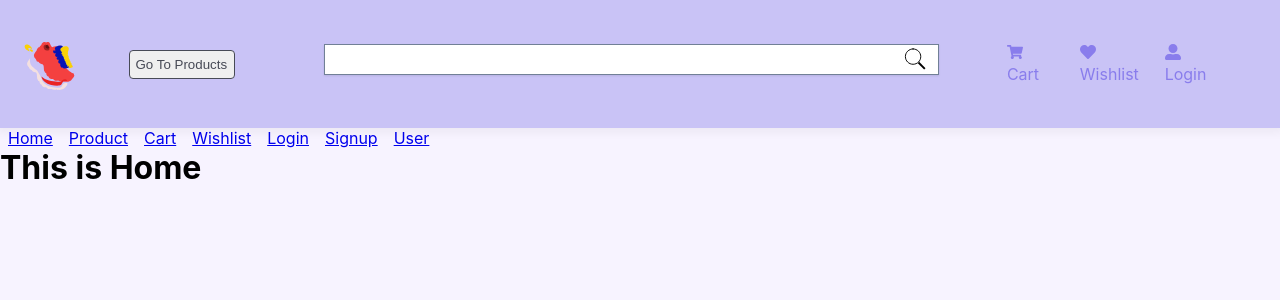
Repository: Irfan-vit/shoecase
Page: /
These files come from the project's save history. The page is drawn as it stood at one moment and after the next save; the edit follows.
The browser window is 1280 px wide. The pictures show the whole page.
The page's requests for data from a server got no answer. The project was rebuilt for these pictures with package versions that can differ from the ones it lists, and the page was loaded fresh each time. No one was signed in, and anything a server would have sent is missing. Also part of the build but not shown: src/pages/Product/ProductPage.jsx, src/pages/cart/CartPage.jsx, src/pages/wishlist/WishlistPage.jsx, src/pages/login/LoginPage.jsx, src/pages/signup/SignupPage.jsx, src/pages/user/StyledUser.jsx, src/components/forms/addAddress/AddAddress.jsx, src/components/forms/editAddress/EditAddress.jsx and 4 more.

Above is the page before, as saved 2023-05-22 04:51:46.

### src/index.js
import React, { useState } from 'react'
import { createRoot } from 'react-dom/client'
import { BrowserRouter } from 'react-router-dom'
import { makeServer } from './server'
import App from './App'

import { AuthProvider } from './context/AuthContext'
import { ToastContainer } from 'react-toastify'
import { ThemeProvider } from 'styled-components'
import { defaultTheme } from './utils/theme/theme'
import GlobalStyles from './utils/theme/Global'
import 'react-toastify/dist/ReactToastify.min.css'
import './utils/css/typography.css'
import './utils/css/colors.css'

// Call make Server
makeServer()

createRoot(document.getElementById('root')).render(
  <BrowserRouter>
    <AuthProvider>
      <ThemeProvider theme={defaultTheme}>
        <App />
        <ToastContainer />
        <GlobalStyles />
      </ThemeProvider>
    </AuthProvider>
  </BrowserRouter>,
)

### src/App.jsx
import { useEffect } from 'react'
import { Routes, Route, Link } from 'react-router-dom'
import axios from 'axios'

import Home from './pages/home/HomePage'
import Product from './pages/Product/ProductPage'
import Cart from './pages/cart/CartPage'
import Wishlist from './pages/wishlist/WishlistPage'
import Login from './pages/login/LoginPage'
import Signup from './pages/signup/SignupPage'
import User from './pages/user/User'

import RequiresAuth from './components/RequiresAuth'
import { useAuth } from './context/AuthContext'
import NavBar from './components/navBar/NavBar'

function App() {
  async function getCat() {
    const res = await axios.get('/api/products')
    const dat = res.data.products
    console.log(dat)
  }
  useEffect(() => {
    getCat()
  }, [])
  return (
    <div className="App">
      <NavBar />
      <nav>
        <Link to="/" style={{ padding: '0.5rem' }}>
          Home
        </Link>
        <Link to="/product" style={{ padding: '0.5rem' }}>
          Product
        </Link>
        <Link to="/cart" style={{ padding: '0.5rem' }}>
          Cart
        </Link>
        <Link to="/wishlist" style={{ padding: '0.5rem' }}>
          Wishlist
        </Link>
        <Link to="/login" style={{ padding: '0.5rem' }}>
          Login
        </Link>
        <Link to="/signup" style={{ padding: '0.5rem' }}>
          Signup
        </Link>
        <Link to="/user" style={{ padding: '0.5rem' }}>
          User
        </Link>
      </nav>
      <Routes>
        <Route path="/" element={<Home />} />
        <Route path="/product" element={<Product />} />
        <Route path="/wishlist" element={<Wishlist />} />
        <Route path="/login" element={<Login />} />
        <Route path="/signup" element={<Signup />} />
        {/* <Route path="/user" element={<User />} /> */}
        <Route
          path="/cart"
          element={
            <RequiresAuth>
              <Cart />
            </RequiresAuth>
          }
        />
        <Route
          path="/user"
          element={
            <RequiresAuth>
              <User />
            </RequiresAuth>
          }
        />
      </Routes>
    </div>
  )
}

export default App

### src/context/AuthContext.jsx
import { createContext, useContext, useEffect, useState } from 'react'
import { useNavigate, useLocation } from 'react-router-dom'
import axios from 'axios'
import { login, signup } from '../api/auth/apiAuth'

const AuthContext = createContext()

const AuthProvider = ({ children }) => {
  const localStorageToken = JSON.parse(localStorage.getItem('token'))
  const navigate = useNavigate()
  const location = useLocation()
  const [token, setToken] = useState(localStorageToken?.token)
  const [userDetails, setUserDetails] = useState(localStorageToken?.user)

  async function getUser({ email, password }, e) {
    try {
      e.preventDefault()
      const {
        data: { foundUser, encodedToken },
      } = await login({ email, password })
      localStorage.setItem(
        'token',
        JSON.stringify({ token: encodedToken, user: foundUser }),
      )
      setToken(encodedToken)
      setUserDetails(foundUser)
      console.log(foundUser)
      navigate(location?.state?.from?.pathname ?? '/', { replace: true })
    } catch {
      console.error('invalid Credentials')
    }
  }

  async function setUser({ email, password }, e) {
    try {
      e.preventDefault()
      const {
        data: { createdUser, encodedToken },
      } = await signup({ email, password })
      console.log(createdUser, encodedToken, 'response data')
      localStorage.setItem(
        'token',
        JSON.stringify({ token: encodedToken, user: createdUser }),
      )
      setToken(encodedToken)
      setUserDetails(createdUser)
      console.log(createdUser)
      navigate('/')
    } catch {
      console.error('invalid signup')
    }
  }
  return (
    <AuthContext.Provider
      value={{ getUser, setUser, token, setToken, userDetails, setUserDetails }}
    >
      {children}
    </AuthContext.Provider>
  )
}

const useAuth = () => useContext(AuthContext)

export { AuthProvider, useAuth }

### src/utils/theme/theme.js
import defaultColors from './defaultThemeColors'
// import typography from './typogarphy'
export const defaultTheme = {
  primaryBg: defaultColors.primaryBg,
  offSetBg: defaultColors.offSetBg,
  primaryText: defaultColors.primaryText,
  PrimaryHeading: defaultColors.PrimaryHeading,
  offSetText: defaultColors.offSetText,
  action: defaultColors.action,
  actionOffSet: defaultColors.actionOffSet,
  higilight: defaultColors.higilight,
}
export const darkTheme = {
  primaryBg: defaultColors.primaryBg,
  offSetBg: defaultColors.offSetBg,
  textOnPrimary: defaultColors.textOnPrimary,
  textOnOffSet: defaultColors.textOnOffSet,
  action: defaultColors.action,
  textColor: defaultColors.textColor,
  textMuted: defaultColors.textMuted,
}

### src/utils/theme/Global.js
import { createGlobalStyle } from 'styled-components'

const GlobalStyles = createGlobalStyle`
html {
    box-sizing: border-box;
    font-size: 16px;
    font-family: var(--font-family-body);
  }
*, *::before, *::after {
    box-sizing: inherit;
    Margin:0;
    Padding:0;
    Border:0;
}
body{
  background-color: ${(props) => props.theme.primaryBg};
}
`
export default GlobalStyles

### src/utils/css/typography.css
html {
    box-sizing: border-box;
    font-size: 16px;
    font-family: var(--font-family-body);
  }
*, *::before, *::after {
    box-sizing: inherit;
    Margin:0;
    Padding:0;
    Border:0;
}

:root{
    --font-family-hero: CircularPro, "Gill Sans", "Gill Sans MT", "Helvetica Neue", Helvetica, Arial, sans-serif;
    --font-family-headings: CircularPro, Sans, apple-system, sans-serif;
    --font-family-body: -apple-system, BlinkMacSystemFont, "Segoe UI", Roboto, Helvetica, Arial, sans-serif, "Apple Color Emoji", "Segoe UI Emoji", "Segoe UI Symbol";
    --font-family-serif: Georgia, "Times New Roman", serif;
    --font-family-mono: Menlo, Monaco, "Courier New", monospace;
    --font-xxxs: 0.425rem;
    --font-xxs: 0.625rem;
    --font-xs: 0.7rem;
    --font-sm: 0.875rem;
    --font-md: 1rem;
    --font-lg: 1.25rem;
    --font-xl: 1.5rem;
    --font-xxl: 2.25rem;
    --font-xxxl: 3rem;
    --font-xxxxl: 4rem;
    --font-weight-light: 300;
    --font-weight-normal: 400;
    --font-weight-strong: 500;
    --font-weight-semi-bold: 600;
    --font-weight-bold: 700;
    --primary-color: #6c5ce7;
    --primary-heavy: #5d4aec;
    --primary-light: #897dec;
    --text-on-primary: #ffffff;
    --primary-bg: #eceaff;
    --primary-bg-heavy: #c9c3f6;
    --secondary-color: #ffffff;
    --secondary-heavy: #ffffff;
    --secondary-light: #ffffff;
    --text-on-secondary: #6c5ce7;
    --secondary-bg: #ffffff;
    --secondary-bg-heavy: #ffffff;
    --error-color: #e62e5c;
    --error-heavy: #d31948;
    --error-light: #f086a0;
    --error-bg: #f7bac9;
    --error-bg-heavy: #8d1130;
    --spacing-unit: 6px;
    --margins: 2;
    --margin-size: (var(--margins) * 2);
    --cell-padding: (4 * var(--spacing-unit));
    --grid-gutter: (var(--margins) * var(--spacing-unit));
    --grid-margin: (var(--margin-size) * var(--spacing-unit));
    --cell-margin: (var(--grid-gutter) / 2);
    --border-radius-small: 0.125rem;
    --border-radius-medium: 0.25rem;
    --border-radius-large: 0.5rem;
    --border-radius-x-large: 1rem;
    --border-radius-circle: 50%;
    --border-radius-pill: 9999px;
    --border-size1: 1px;
    --border-size2: 2px;
    --border-size3: 3px;
    --border-size4: 4px;
    --text-color: #718096;
    --text-bright: #000;
    --text-muted: #a9b1ba;
    --bg-color: #fff;
    --background-body: #202b38;
    --background: #161f27;
    --background-alt: #1a242f;
    --box-shadow: 0 -1px 1px 0 rgba(0, 0, 0, 0.09), 0 2px 2px 0 rgba(0, 0, 0, 0.23);
    --box-shadow-x-small: 0 1px 0 #0d131e0d;
    --box-shadow-small: 0 1px 2px #0d131e1a;
    --box-shadow-medium: 0 2px 4px #0d131e1a;
    --box-shadow-large: 0 2px 8px #0d131e1a;
    --box-shadow-x-large: 0 4px 16px #0d131e1a;
    --border-color: #fff;
    --form-placeholder: #a9a9a9;
    --form-text: #fff;
    --color-focus-outline: #4299e14c;
    --tertiary-color: #8367C7;
    --complimentary-color: #F0FFF1;
    --twitter: #1da1f2;
    --slack: #4a154b;
    --github: #24292e;
    --heading-xxs: 1rem;
    --heading-xs: 1.1rem;
    --heading-sm: 1.25rem;
    --heading-md: 1.5rem;
    --heading-lg: 2rem;
    --heading-xl: 3rem;
    --heading-xxl: 4rem;
}

### src/utils/css/colors.css
:root{
    --background-color: #FFFFFF;
    --on-background-color: #2B2B2B;
    --on-background-low-color: #9598A1;
    --on-background-medium-color: #707279;
    --on-background-high-color: #2B2B2B;
    --primary-color: #6C5CE7;
    --on-primary-color: #FFFFFF;
    --border-medium-color: #EDEDED;
    --border-medium-hover-color: #CECECE;
    --border-medium-focus-color: #C6C6C6;
    --border-medium-active-color: #AFAFAF;
    --border-high-color: #BABEC9;
    --border-high-hover-color: #A3A6B0;
    --border-high-focus-color: #9DA1A9;
    --border-high-active-color: #8C8F96;
    --border-primary-color: #6C5CE7;
    --border-primary-hover-color: #8376EB;
    --border-primary-focus-color: #897DEC;
    --border-primary-active-color: #8F83ED;
    --surface-color: #FFFFFF;
    --surface-hover-color: #EDEBFC;
    --surface-active-color: #DCD8F9;
    --surface-focus-color: #E2DEFA;
    --on-surface-color: #2B2B2B;
    --on-surface-medium-color: #707279;
    --on-surface-low-color: #9598A1;
    --surface01-color: #FFFBFF;
    --surface02-color: #F7F2FD;
    --surface-primary-color: #140068;
    --surface-primary-hover-color: #3A2980;
    --surface-primary-active-color: #433386;
    --surface-primary-focus-color: #4C3D8C;
    --on-surface-primary-color: #FFFFFF;
    --surface-neutral-color: #FFFFFF;
    --surface-neutral-hover-color: #F4F5F6;
    --surface-neutral-focus-color: #F1F2F4;
    --surface-neutral-active-color: #EEEFF2;
    --on-surface-neutral-high-color: #2B2B2B;
    --on-surface-neutral-medium-color: #707279;
    --on-surface-neutral-low-color: #9598A1;
    --positive-color: #37B26C;
    --negative-color: #E62E5C;
    --warning-color: #FFC640;
    --process-color: #0984E3;
    --primary-surface-color: #F6F5FE;
    --positive-surface-color: #F3FAF6;
    --negative-surface-color: #FDF2F5;
    --warning-surface-color: #FFFCF4;
    --process-surface-color: #F0F8FD;
}

### src/backend/controllers/CategoryController.js
import { Response } from "miragejs";

/**
 * All the routes related to Category are present here.
 * These are Publicly accessible routes.
 * */

/**
 * This handler handles gets all categories in the db.
 * send GET Request at /api/categories
 * */

export const getAllCategoriesHandler = function () {
  try {
    return new Response(200, {}, { categories: this.db.categories });
  } catch (error) {
    return new Response(
      500,
      {},
      {
        error,
      }
    );
  }
};

/**
 * This handler handles gets all categories in the db.
 * send GET Request at /api/user/category/:categoryId
 * */

export const getCategoryHandler = function (schema, request) {
  const categoryId = request.params.categoryId;
  try {
    const category = schema.categories.findBy({ _id: categoryId });
    return new Response(200, {}, { category });
  } catch (error) {
    return new Response(
      500,
      {},
      {
        error,
      }
    );
  }
};

### src/backend/controllers/ProductController.js
import { Response } from "miragejs";

/**
 * All the routes related to Product are present here.
 * These are Publicly accessible routes.
 * */

/**
 * This handler handles gets all products in the db.
 * send GET Request at /api/products
 * */

export const getAllProductsHandler = function () {
  return new Response(200, {}, { products: this.db.products });
};

/**
 * This handler handles gets all products in the db.
 * send GET Request at /api/user/products/:productId
 * */

export const getProductHandler = function (schema, request) {
  const productId = request.params.productId;
  try {
    const product = schema.products.findBy({ _id: productId });
    return new Response(200, {}, { product });
  } catch (error) {
    return new Response(
      500,
      {},
      {
        error,
      }
    );
  }
};

### src/backend/db/categories.js
import { v4 as uuid } from 'uuid'
import { casual, fitness, track, sports } from '../../assets/assetsServer'
/**
 * Category Database can be added here.
 * You can add category of your wish with different attributes
 * */

export const categories = [
  {
    _id: uuid(),
    categoryName: 'casual',
    imgSrc: casual,
  },
  {
    _id: uuid(),
    categoryName: 'sports',
    imgSrc: sports,
  },
  {
    _id: uuid(),
    categoryName: 'fitness',
    imgSrc: fitness,
  },
  {
    _id: uuid(),
    categoryName: 'track',
    imgSrc: track,
  },
]

### src/backend/db/users.js
import { v4 as uuid } from 'uuid'
import { formatDate } from '../utils/authUtils'
/**
 * User Database can be added here.
 * You can add default users of your wish with different attributes
 * Every user will have cart (Quantity of all Products in Cart is set to 1 by default), wishList by default
 * */

export const users = [
  {
    _id: uuid(),
    firstName: 'Adarsh',
    lastName: 'Balika',
    email: 'adarshbalika@gmail.com',
    password: 'adarshbalika',
    address: [],
    createdAt: formatDate(),
    updatedAt: formatDate(),
  },
  {
    _id: uuid(),
    firstName: 'Adarsh',
    lastName: 'Balika',
    email: 'balika@gmail.com',
    password: 'balika',
    address: [],
    createdAt: formatDate(),
    updatedAt: formatDate(),
  },
]

### src/pages/home/HomePage.jsx
const Home = () => {
  return (
    <>
      <h1>This is Home</h1>
    </>
  )
}

export default Home

### src/components/navBar/NavBar.jsx
import { useNavigate } from 'react-router-dom'
import { redirect } from 'react-router-dom'
import { Link } from 'react-router-dom'
import { StyledNavWrapper, StyledNav, StyledNavList } from '../../styles/index'
import { FaShoppingCart, FaHeart, FaUserAlt } from 'react-icons/fa'
import HeroLogo from '../animations/HeroAnimations/HeroLogo'

import SearchInput from '../inputs/SeacrhInput'
import Select from '../select/Select'
// import { useFilterProducts } from '../../context/filterProductsContext'

const NavBar = () => {
  // const { filterDispatch, filterState } = useFilterProducts()
  const navigate = useNavigate()
  return (
    <StyledNavWrapper>
      <StyledNav>
        <div>
          <div>
            <Link to="/">
              <HeroLogo />
            </Link>
          </div>
          <div>
            <Select />
          </div>
        </div>
        <div>
          <div>
            <SearchInput />
          </div>
          <div>
            <StyledNavList>
              <ul>
                <li>
                  <Link to="/cart">
                    <FaShoppingCart />
                    <p>Cart</p>
                  </Link>
                </li>
                <li>
                  <Link to="/wishlist">
                    <FaHeart />
                    <p>Wishlist</p>
                  </Link>
                </li>
                <li>
                  <Link to="">
                    <FaUserAlt />
                    <p>Login</p>
                  </Link>
                </li>
              </ul>
            </StyledNavList>
          </div>
        </div>
      </StyledNav>
    </StyledNavWrapper>
  )
}

export default NavBar

### src/api/auth/apiAuth.js
import axios from 'axios'

export const login = async ({ email, password }) =>
  await axios.post(`/api/auth/login`, {
    email,
    password,
  })

export const signup = async ({ email, password }) =>
  await axios.post(`/api/auth/signup`, {
    email,
    password,
  })

### src/utils/theme/defaultThemeColors.js
const defaultColors = {
  primaryBg: '#f7f3ff',
  PrimaryHeading: '#a9b1ba',
  primaryText: '#718096',
  offSetBg: '#c9c3f6',
  offSetText: '#474a56',
  action: '#885df1',
  actionOffSet: '#ffffff',

  higilight: '#897dec',
  // higilight: '#5D48B8',
}

export default defaultColors

### src/assets/assetsServer.js
import casual from './images/casual.jpg'
import casualT1 from './images/casualT1.jpg'
import casualT2 from './images/casualT2.jpg'
import fitness from './images/fitness.jpg'
import fitnessT1 from './images/fitnessT1.jpg'
import fitnessT2 from './images/fitnessT2.jpg'
import track from './images/track.jpg'
import trackT1 from './images/trackT1.jpg'
import trackT2 from './images/trackT2.jpg'
import sports from './images/sports.jpg'
import sportsT1 from './images/sportsT1.jpg'
import sportsT2 from './images/sportsT2.jpg'
import men from './images/men.jpg'
import mensT1 from './images/mensT1.jpg'
import mensT2 from './images/mensT2.jpg'
import women from './images/women.jpg'
import womensT1 from './images/womensT1.jpg'
import womensT2 from './images/womensT2.jpg'

export {
  casual,
  casualT1,
  casualT2,
  fitness,
  fitnessT1,
  fitnessT2,
  track,
  trackT1,
  trackT2,
  sports,
  sportsT1,
  sportsT2,
  men,
  mensT1,
  mensT2,
  women,
  womensT1,
  womensT2,
}

### src/styles/index.js
export * from './NavBarStyles'
export * from './SelectStyles'
export * from './SearchInputStyles'

### src/components/animations/HeroAnimations/HeroLogo.jsx
import { useLottie, useLottieInteractivity } from 'lottie-react'
import logoRun from '../../../assets/json/logo.json'
const style = {
  height: '4rem',
  width: '4rem',
  display: 'inline-block',
  cursor: 'pointer',
}

const options = {
  animationData: logoRun,
}

const HeroLogo = () => {
  const lottieObj = useLottie(options, style)
  const Animation = useLottieInteractivity({
    lottieObj,
    mode: 'cursor',
    actions: [
      {
        position: { x: [0, 1], y: [0, 1] },
        type: 'seek',
        frames: [49, 72],
      },
      {
        position: { x: -1, y: -1 },
        type: 'stop',
        frames: [72],
      },
    ],
  })

  return Animation
}

export default HeroLogo

### src/components/inputs/SeacrhInput.jsx
import Search from '../animations/Floats/Search'

import { StyledSearchInput } from '../../styles/index'
// import { useFilterProducts } from '../../context/filterProductsContext'
const SearchInput = () => {
  // const { search, setSearch } = useFilterProducts()
  return (
    <form action="">
      <StyledSearchInput>
        <input
          type="text"
          // value={search}
          // onChange={(e) => setSearch(e.target.value)}
        />
        <Search />
      </StyledSearchInput>
    </form>
  )
}
export default SearchInput

### src/components/select/Select.jsx
import { useNavigate } from 'react-router-dom'
// import { useFilterProducts } from '../../context/filterProductsContext'
import { StyledSelect } from '../../styles/index'
import { Link } from 'react-router-dom'

const Select = () => {
  // const { filterDispatch, filterState } = useFilterProducts()
  const navigate = useNavigate()
  return (
    <form action="">
      <label
        htmlFor="categories"
        onSubmit={(e) => {
          e.preventDefault()
        }}
      >
        <StyledSelect name="categories" id="categories">
          <option value="select">
            <Link
              onClick={() => {
                // filterDispatch({ type: 'reset' })
                navigate('/product')
              }}
            >
              Go To Products
            </Link>
          </option>
          <option value="casual">
            <Link
              onClick={() => {
                // filterDispatch({ type: 'casual' })
                navigate('/product')
              }}
            >
              Casual
            </Link>
          </option>
          <option value="fitness">
            <Link
              onClick={() => {
                navigate('/product')
                // filterDispatch({ type: 'fitness' })
              }}
            >
              Fitness
            </Link>
          </option>
          <option value="track">
            <Link
              onClick={() => {
                navigate('/product')
                // filterDispatch({ type: 'track' })
              }}
            >
              Track
            </Link>
          </option>
          <option value="sports">
            <Link
              onClick={() => {
                navigate('/product')
                // filterDispatch({ type: 'sports' })
              }}
            >
              Sports
            </Link>
          </option>
        </StyledSelect>
      </label>
    </form>
  )
}
export default Select

### src/styles/NavBarStyles.jsx
import styled from 'styled-components'

const StyledNavWrapper = styled.aside`
  margin-bottom: 8rem;
`

const StyledNav = styled.nav`
  box-shadow: var(--box-shadow);
  box-shadow: 0px 0px 10px 4px rgb(0 0 0 / 5%);
  z-index: 1;
  position: fixed;
  top: 0;
  width: 100%;
  height: 8rem;
  background-color: ${(props) => props.theme.offSetBg};
  margin: 0 auto;
  display: flex;
  flex-flow: column;
  > :nth-child(1) {
    display: flex;
    justify-content: center;
  }
  > :nth-child(2) {
    display: flex;
    flex-flow: column;
    justify-content: space-evenly;
    flex-basis: 80%;
    > :nth-child(1) {
      flex-basis: 60%;
      order: 2;
    }
    > :nth-child(2) {
      flex-basis: 20%;
      order: 1;
    }
  }
  @media (min-width: 900px) {
    display: flex;
    flex-flow: row wrap;
    justify-content: space-between;
    align-items: center;
    > :nth-child(1) {
      display: flex;
      flex-flow: row;
      align-items: center;
      align-content: center;
      flex-basis: 20%;
      justify-content: space-around;
    }
    > :nth-child(2) {
      display: flex;
      flex-flow: row wrap;
      justify-content: space-evenly;
      flex-basis: 80%;
      > :nth-child(1) {
        flex-basis: 60%;
        order: 1;
      }
      > :nth-child(2) {
        flex-basis: 20%;
        order: 2;
      }
    }
  }
`

const StyledNavList = styled.div`
  > ul {
    display: flex;
    flex-flow: row wrap;
    list-style-type: none;
    justify-content: space-between;
    align-items: center;
    align-content: center;
  }
  > ul > li {
    flex-basis: 23%;
  }
  > ul > li > a {
    text-decoration: none;
    margin: 0;
    padding: 0;
    transition: 0.3s;
    text-decoration: underline;
    text-decoration-color: transparent;
    -webkit-text-decoration-color: transparent;
    -moz-text-decoration-color: transparent;
    text-decoration: none;
    color: ${(props) => props.theme.higilight};
    :hover,
    :active,
    :focus {
      color: ${(props) => props.theme.offSetText};
      text-decoration-line: underline;
      text-decoration-style: line;
      text-decoration-color: ${(props) => props.theme.offSetText};
      text-underline-offset: 3px;
    }
  }
`
export { StyledNavWrapper, StyledNav, StyledNavList }

### src/styles/SelectStyles.jsx
import styled from 'styled-components'
const StyledSelect = styled.select`
  outline: none;
  border: none;
  outline: none;
  cursor: pointer;
  border-radius: var(--border-size4);
  padding: var(--spacing-unit);
  color: ${(props) => props.theme.offSetText};
  border: 1px solid ${(props) => props.theme.offSetText};
  appearance: none;
  :focus {
    border: 1px solid ${(props) => props.theme.action};
    outline: none;
  }
`
export { StyledSelect }

### src/styles/SearchInputStyles.jsx
import styled from 'styled-components'

const StyledSearchInput = styled.div`
  position: relative;
  width: 100%;
  > input {
    outline: none;
    cursor: pointer;
    padding: var(--font-xxxs) var(--font-xxs);
    color: ${(props) => props.theme.primaryText};
    border: 1px solid ${(props) => props.theme.primaryHeading};
    box-shadow: var(--box-shadow-small);
    width: 100%;
    :focus {
      border: 1px solid ${(props) => props.theme.action};
      outline: none;
    }
  }
  > a {
    position: absolute;
    right: 0;
    bottom: 0%;
    transform: translate(-50%, 0%);
    color: ${(props) => props.theme.textMuted};
    cursor: pointer;
    :hover {
      color: ${(props) => props.theme.primaryColor};
    }
  }
`
export {StyledSearchInput}

### src/components/animations/Floats/Search.jsx
import { useLottie, useLottieInteractivity } from 'lottie-react'
import search from '../../../assets/json/search.json'
const style = {
  height: '1.5rem',
  display: 'inline-block',
  cursor: 'pointer',
}

const options = {
  animationData: search,
}

const Search = () => {
  const lottieObj = useLottie(options, style)
  const Animation = useLottieInteractivity({
    lottieObj,
    mode: 'cursor',
    actions: [
      {
        position: { x: [0, 1], y: [0, 1] },
        type: 'loop',
        frames: [0, 20],
      },
      {
        position: { x: -1, y: -1 },
        type: 'stop',
        frames: [0],
      },
    ],
  })

  return <a href="#">{Animation}</a>
}

export default Search

Loaded but not shown: public/index.html (common file); src/backend/utils/authUtils.js (common file); src/assets/json/logo.json (1 lines, source omitted); src/assets/json/search.json (1 lines, source omitted); src/backend/controllers/CartController.js (148 lines, source omitted); src/server.js (87 lines, source omitted); src/backend/controllers/WishlistController.js (100 lines, source omitted); src/backend/controllers/AuthController.js (101 lines, source omitted); src/backend/db/products.js (106 lines, source omitted)

After the next save:
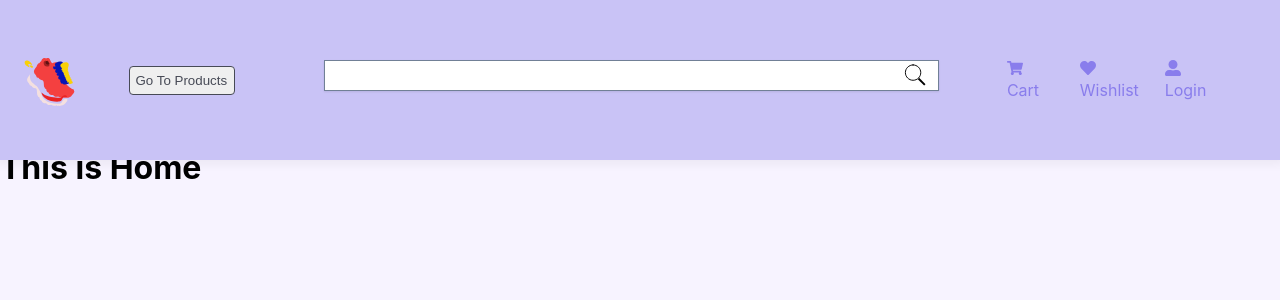
Saved 17 s later.
--- a/src/styles/NavBarStyles.jsx
+++ b/src/styles/NavBarStyles.jsx
@@ -11,7 +11,7 @@ const StyledNav = styled.nav`
   position: fixed;
   top: 0;
   width: 100%;
-  height: 8rem;
+  height: 10rem;
   background-color: ${(props) => props.theme.offSetBg};
   margin: 0 auto;
   display: flex;
